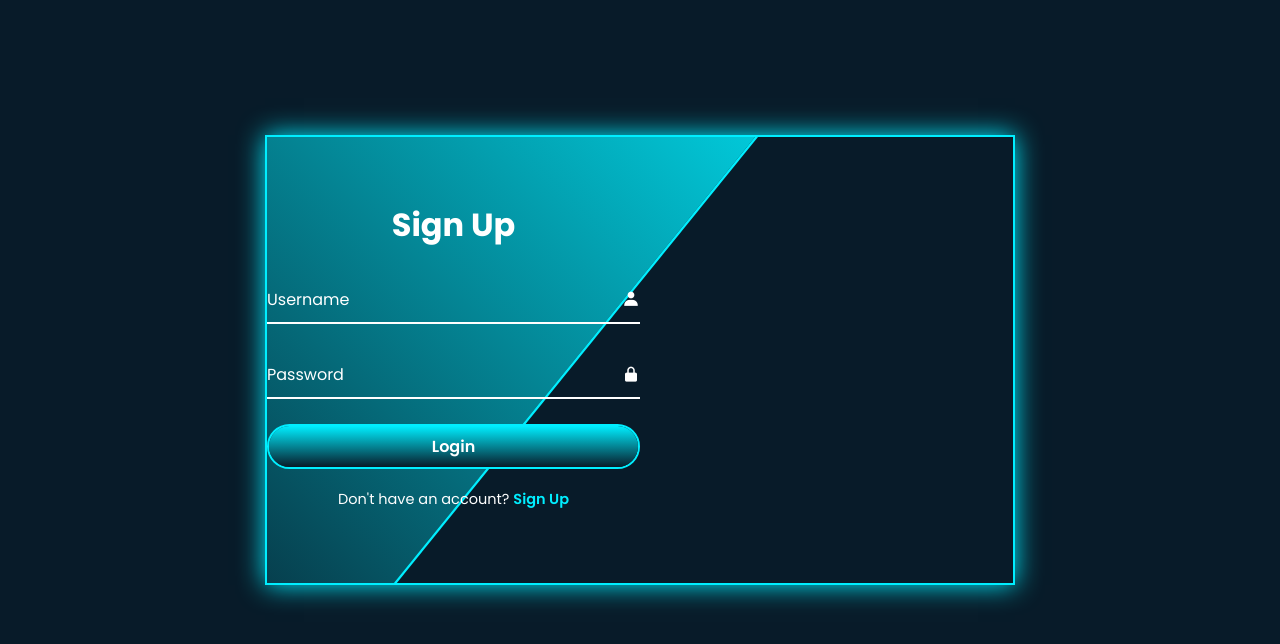
Repository: swastikjhacoder/Login-Registration-HTML
Page: index.html
The author's editor kept a copy of each file at every save. The page is drawn from the files as they stood at one save, then again after a run of saves.
The browser window is 1280 px wide. The pictures show the whole page.

Above is the page before, as saved 2023-09-18 15:57:10.
Not found: js/toastify.js

### index.html
<!DOCTYPE html>
<html lang="en">
  <head>
    <meta charset="UTF-8" />
    <meta http-equiv="X-UA-Compatible" content="IE=edge" />
    <meta name="viewport" content="width=device-width, initial-scale=1.0" />
    <title>Login</title>
    <link rel="shortcut icon" href="./images/favicon.png" />
    <link rel="stylesheet" href="style.css" />
    <link href='https://unpkg.com/boxicons@2.1.4/css/boxicons.min.css' rel='stylesheet'>
    <script src="./js/toastify.js"></script>
  </head>
  <body>
    <div class="wrapper">
        <span class="bg-animate1"></span>
        <span class="bg-animate2"></span>

        <div class="form-box login">
            <h2>Login</h2>
            <form action="#">
                <div class="input-box">
                    <input type="text" required/>
                    <label>Username</label>
                    <i class='bx bxs-user'></i>
                </div>
                <div class="input-box">
                    <input type="password" required/>
                    <label>Password</label>
                    <i class='bx bxs-lock-alt' ></i>
                </div>
                <button type="submit" class="btn">Login</button>
                <div class="logreg-link">
                    <p>Don't have an account? <a href="#" class="register-link">Sign Up</a></p>
                </div>
            </form>
        </div>
        <div class="info-text login">
            <h2>Welcome Back!</h2>
            <p>Lorem ipsum dolor sit amet consectetur adipisicing elit. Veritatis, itaque.</p>
        </div>

        <div class="form-box register">
            <h2>Sign Up</h2>
            <form action="#">
                <div class="input-box">
                    <input type="text" required/>
                    <label>Username</label>
                    <i class='bx bxs-user'></i>
                </div>
                <div class="input-box">
                    <input type="password" required/>
                    <label>Password</label>
                    <i class='bx bxs-lock-alt' ></i>
                </div>
                <button type="submit" class="btn">Login</button>
                <div class="logreg-link">
                    <p>Don't have an account? <a href="#" class="register-link">Sign Up</a></p>
                </div>
            </form>
        </div>
    </div>

  </body>
</html>

### style.css
@import url('https://fonts.googleapis.com/css2?family=Poppins:ital,wght@0,100;0,200;0,300;0,400;0,500;0,600;0,700;0,800;0,900;1,400&display=swap');

* {
    margin: 0;
    padding: 0;
    box-sizing: border-box;
    font-family: 'Poppins', sans-serif;
}

body {
    display: flex;
    justify-content: center;
    align-items: center;
    min-height: 100vh;
    background: #081b29;
}

.wrapper {
    position: relative;
    width: 750px;
    height: 450px;
    background: transparent;
    border: 2px solid #0ef;
    box-shadow: 0 0 25px #0ef;
    overflow: hidden;
}

.wrapper .form-box {
    position: absolute;
    top: 0;
    width: 50%;
    height: 100%;
    display: flex;
    flex-direction: column;
    justify-content: center;
}

.wrapper .form-box.login {
    left: 0;
    padding: 0 60px 0 40px;
    display: none;
}



.form-box h2 {
    font-size: 32px;
    color: #fff;
    text-align: center;
}

.form-box .input-box {
    position: relative;
    width: 100%;
    height: 50px;
    margin: 25px 0;
}

.input-box input {
    width: 100%;
    height: 100%;
    background: transparent;
    border: none;
    outline: none;
    border-bottom: 2px solid #fff;
    padding-right: 23px;
    font-size: 16px;
    color: #fff;
    font-weight: 500;
    transition: .5s;
}

.input-box input:focus,
.input-box input:valid {
    border-bottom-color: #0ef;
}

.input-box label {
    position: absolute;
    top: 50%;
    left: 0;
    transform: translateY(-50%);
    font-size: 16px;
    color: #fff;
    pointer-events: none;
    transition: .5s;
}

.input-box input:focus~label,
.input-box input:valid~label {
    top: -5px;
    color: #0ef
}

.input-box i {
    position: absolute;
    top: 50%;
    right: 0;
    transform: translateY(-50%);
    font-size: 18px;
    color: #fff;
    transition: .5s;
}

.input-box input:focus~i,
.input-box input:valid~i {
    color: #0ef
}

.btn {
    position: relative;
    width: 100%;
    height: 45px;
    background: transparent;
    border: 2px solid #0ef;
    outline: none;
    border-radius: 40px;
    cursor: pointer;
    font-size: 16px;
    color: #fff;
    font-weight: 600;
    z-index: 1;
    overflow: hidden;
}

.btn::before {
    content: '';
    position: absolute;
    top: -100%;
    left: 0;
    width: 100%;
    height: 300%;
    background: linear-gradient(#081b29, #0ef, #081b29, #0ef);
    z-index: -1;
    transition: .5s;
}

.btn:hover::before {
    top: 0;
}

.form-box .logreg-link {
    font-size: 14.5px;
    color: #fff;
    text-align: center;
    margin: 20px 0 10px;
}

.logreg-link p a {
    color: #0ef;
    text-decoration: none;
    font-weight: 600;
}

.logreg-link p a:hover {
    text-decoration: underline;
}

.wrapper .info-text {
    position: absolute;
    top: 0;
    width: 50%;
    height: 100%;
    display: flex;
    flex-direction: column;
    justify-content: center;
}

.wrapper .info-text.login {
    right: 0;
    text-align: right;
    padding: 0 40px 60px 150px;
    display: none;
}

.info-text h2 {
    font-size: 36px;
    color: #fff;
    line-height: 1.3;
    text-transform: uppercase;
}

.info-text p {
    font-size: 16px;
    color: #fff;
}

.wrapper .bg-animate1 {
    position: absolute;
    top: -4px;
    right: 0;
    width: 850px;
    height: 600px;
    background: linear-gradient(45deg, #081b29, #0ef);
    border-bottom: 3px solid #0ef;
    /* transform: rotate(10deg) skewY(40deg); */
    transform: rotate(0) skewY(0);
    transform-origin: bottom right;
}

.wrapper .bg-animate2 {
    position: absolute;
    top: 100%;
    left: 250px;
    width: 850px;
    height: 700px;
    background: #081b29;
    border-top: 3px solid #0ef;
    transform: rotate(-11deg) skewY(-40deg);
    transform-origin: bottom left;
}

After the next 2 saves:
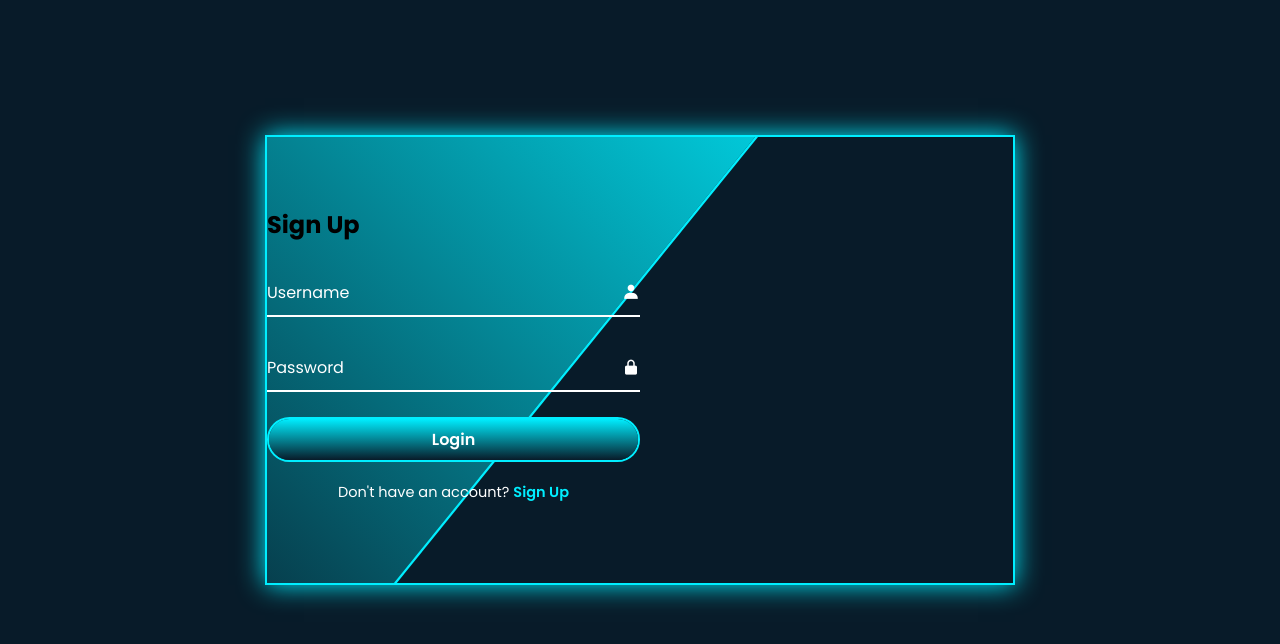
The 2 saves are shown as one change because they came seconds apart.
The last was saved 8 s later.
--- a/style.css
+++ b/style.css
@@ -41,7 +41,7 @@
     display: none;
 }
 
-
+.wrapper .form-box
 
 .form-box h2 {
     font-size: 32px;

After the save that followed:
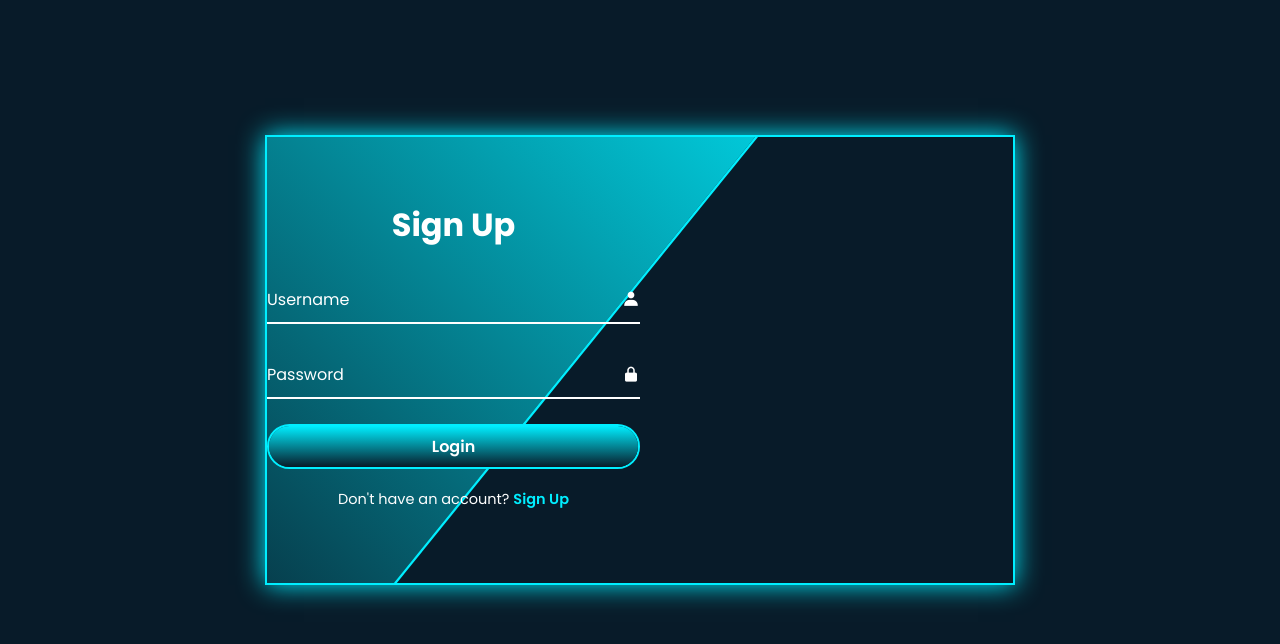
Saved 6 s later.
--- a/style.css
+++ b/style.css
@@ -41,7 +41,9 @@
     display: none;
 }
 
-.wrapper .form-box
+.wrapper .form-box .register {
+
+}
 
 .form-box h2 {
     font-size: 32px;
